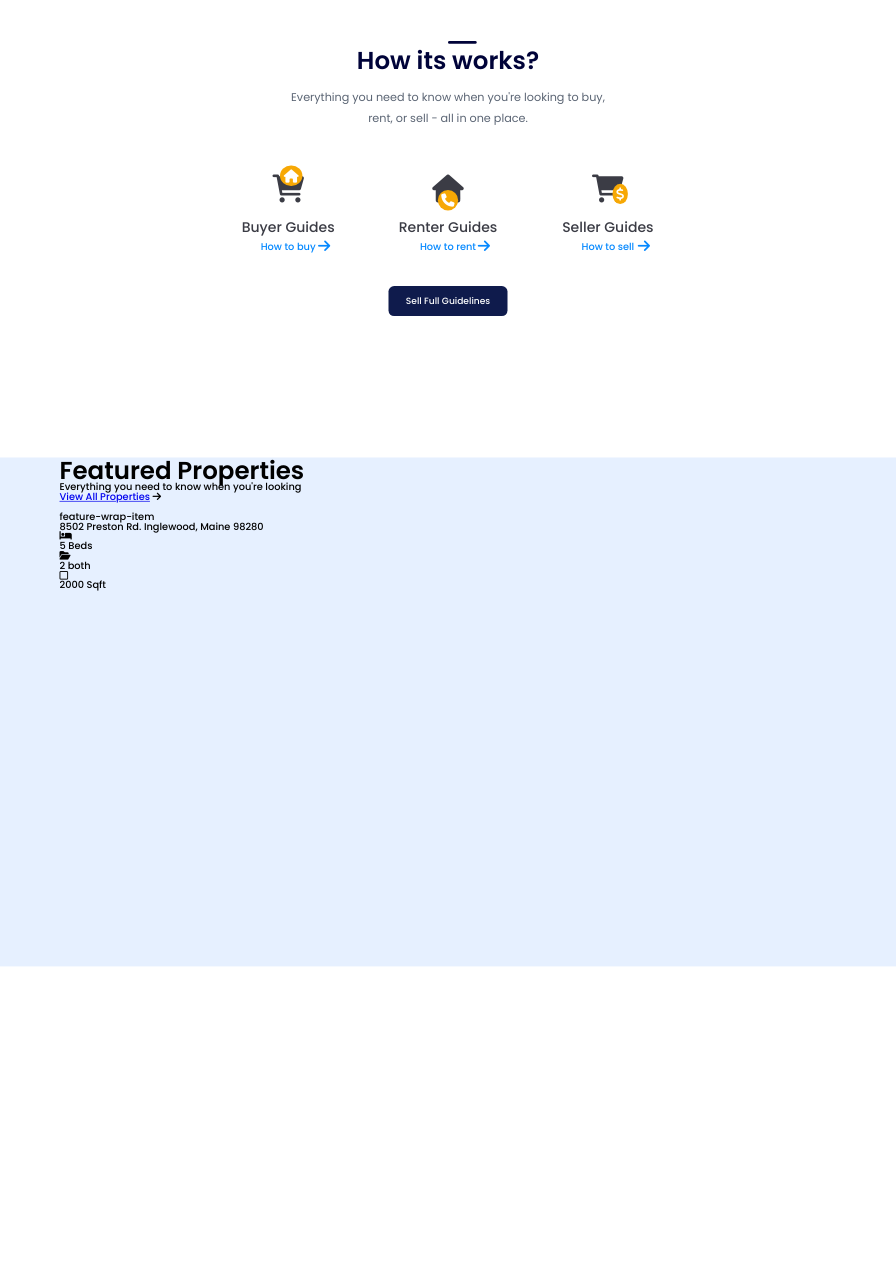
Repository: kauittt/f8-htmlcss-01
Page: index.html
These files come from the project's save history. The page is drawn as it stood at one moment and after the next save; the edit follows.
The browser window is 1280 px wide. The pictures show the part of the page from y = 1101 to 3021 px (the page is 2911 px tall before and 3021 px after), at 70% of full size.

Above is the page before, as saved 2023-01-01 10:31:13.

After the next save:
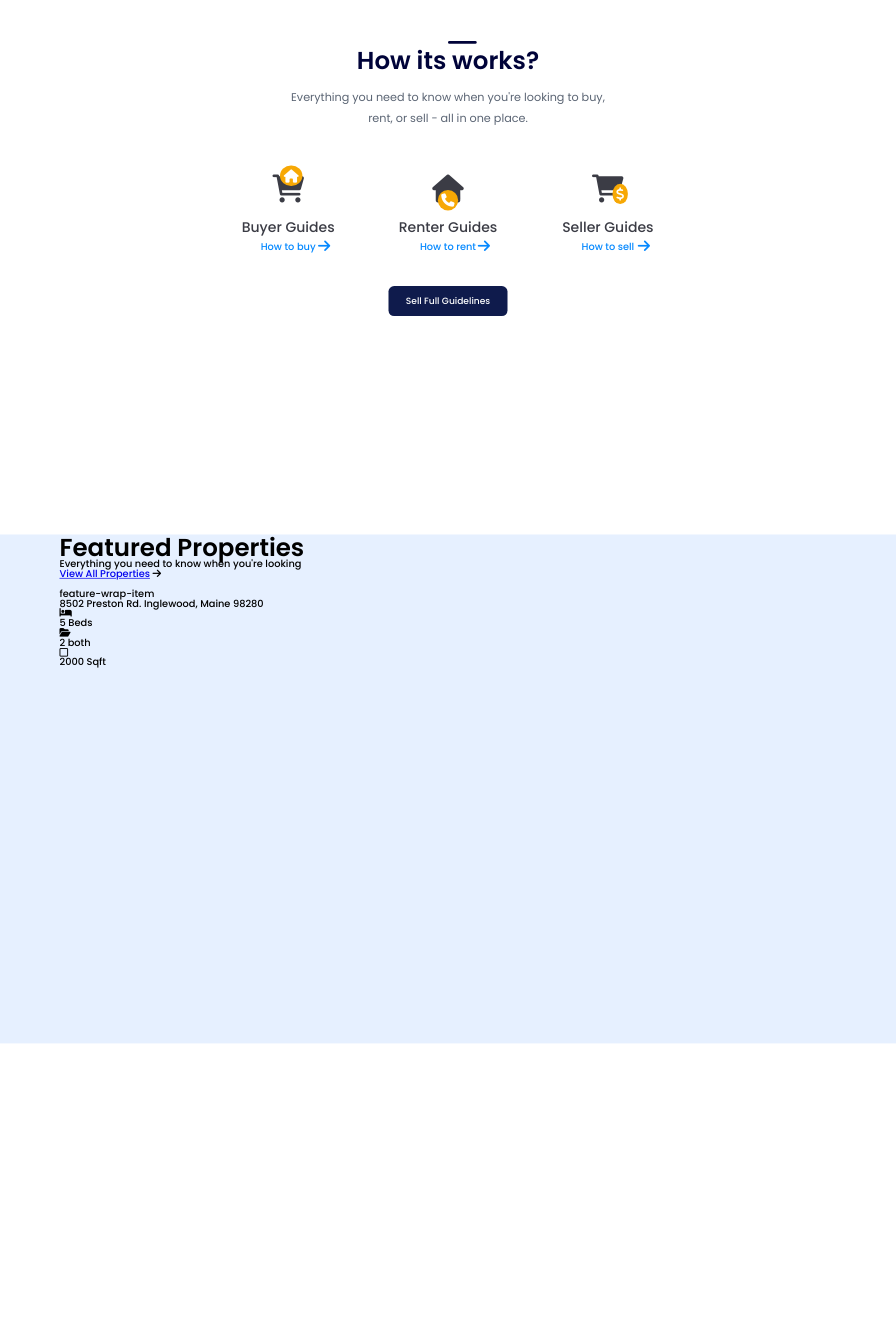
Saved 21 s later.
--- a/assets/css/styles.css
+++ b/assets/css/styles.css
@@ -269,6 +269,7 @@
 /*! FEATURE */
 #feature {
     height: 72.7rem;
+    margin-top: 110px;
 }
 
 .feature__heading {

After the save that followed:
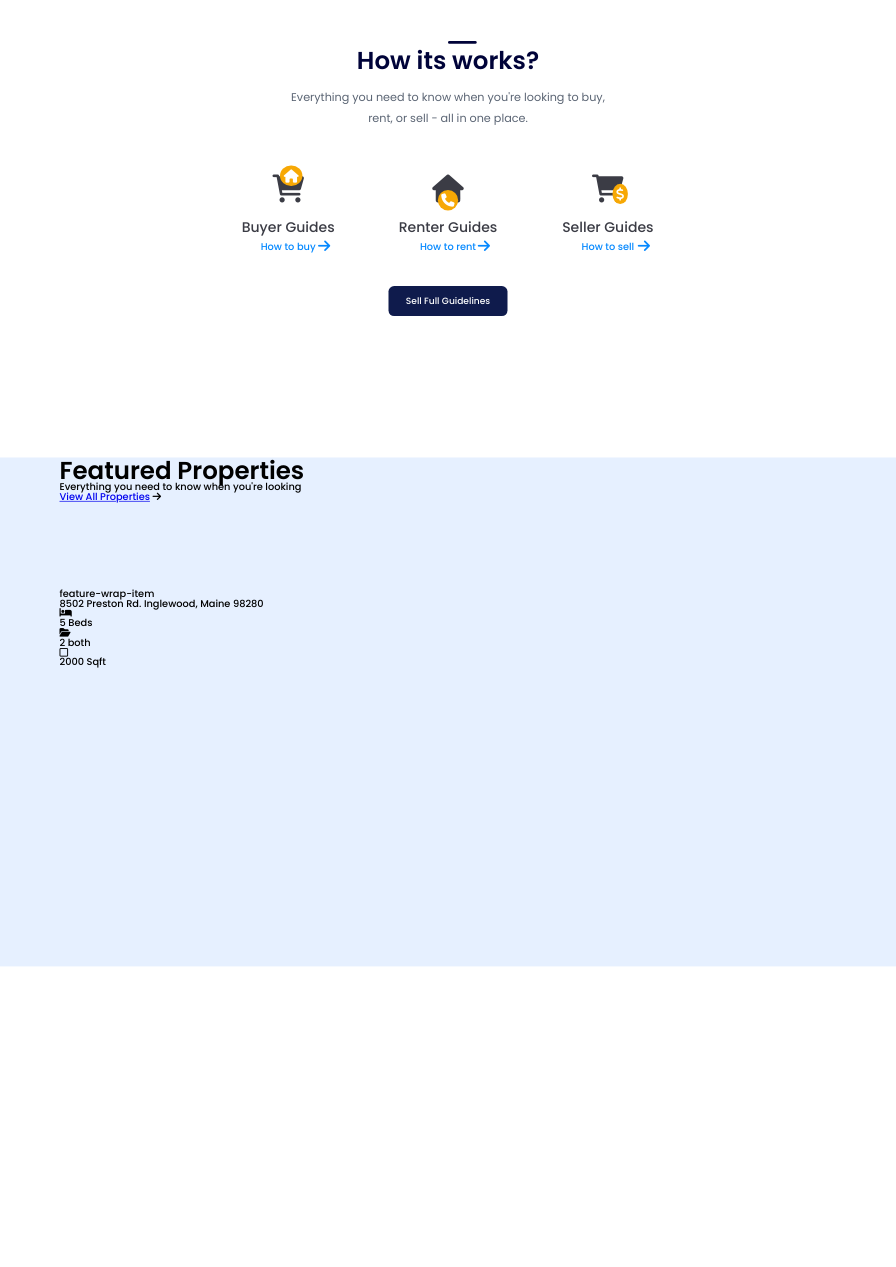
Saved 43 s later.
--- a/assets/css/styles.css
+++ b/assets/css/styles.css
@@ -269,6 +269,9 @@
 /*! FEATURE */
 #feature {
     height: 72.7rem;
+}
+
+.feature-wrap {
     margin-top: 110px;
 }
 
